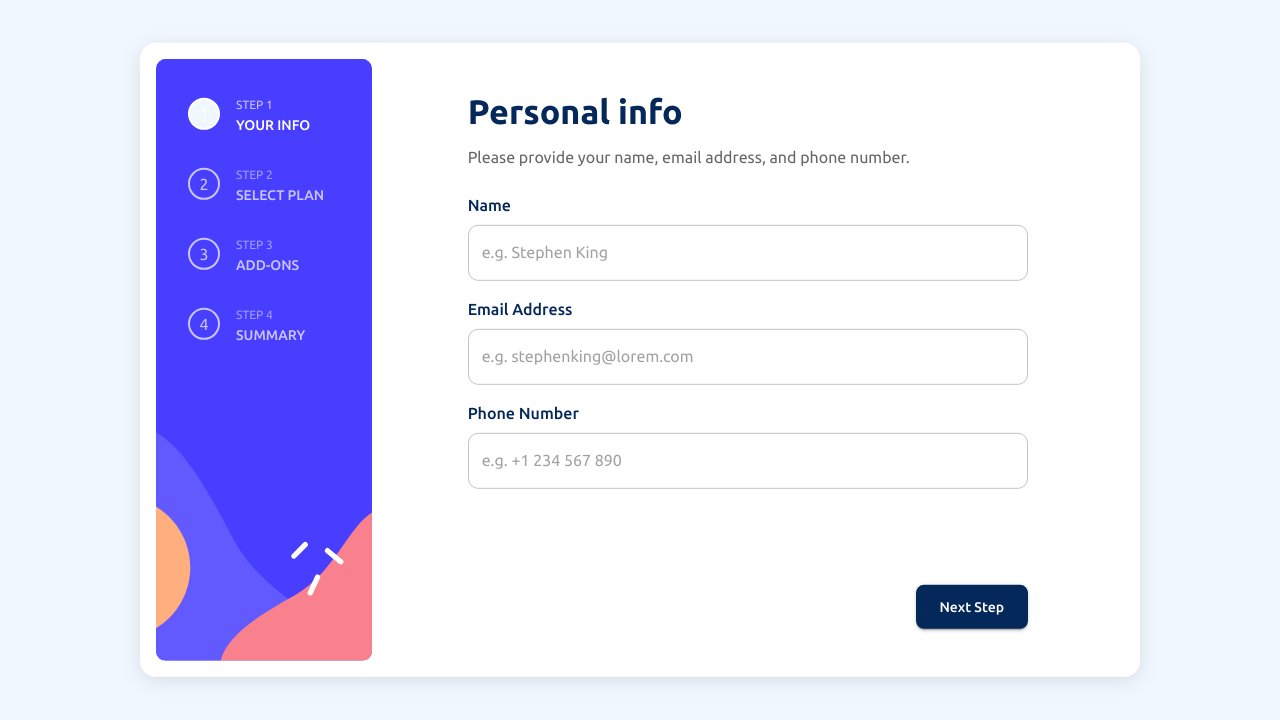
Repository: ozerrrs/chalange7days
Page: / (app in 7dayschalange/7dayschallange/)
The author's editor kept a copy of each file at every save. The page is drawn from the files as they stood at one save, then again after the next save.
The browser window is 1280 px wide. The pictures show the whole page.
The project was rebuilt for these pictures with package versions that can differ from the ones it lists, and the page was loaded fresh each time. Also part of the build but not shown: 7dayschalange/7dayschallange/vite.config.js.

Above is the page before, as saved 2025-03-05 14:52:41.

After the next save:
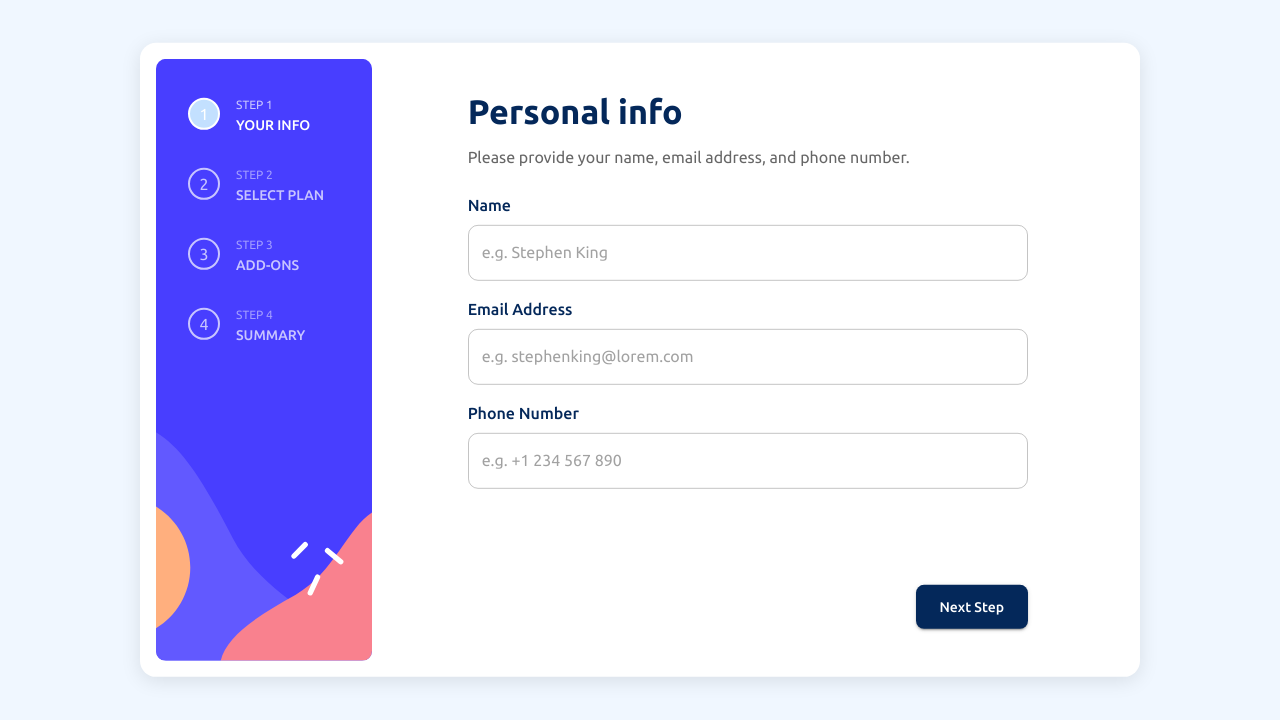
Saved 28 s later.
--- a/7dayschalange/7dayschallange/src/pages/firstPage.jsx
+++ b/7dayschalange/7dayschallange/src/pages/firstPage.jsx
@@ -79,7 +79,7 @@ const StepNumber = styled(Box)(({ theme, active }) => ({
   alignItems: "center",
   justifyContent: "center",
   marginRight: theme.spacing(2),
-  backgroundColor: active ? "#f0f7ff" : "transparent", // Blue background when active
+  backgroundColor: active ? "#c3e0ff" : "transparent", // Blue background when active
   color: active ? "white" : "white",
 }));
 
